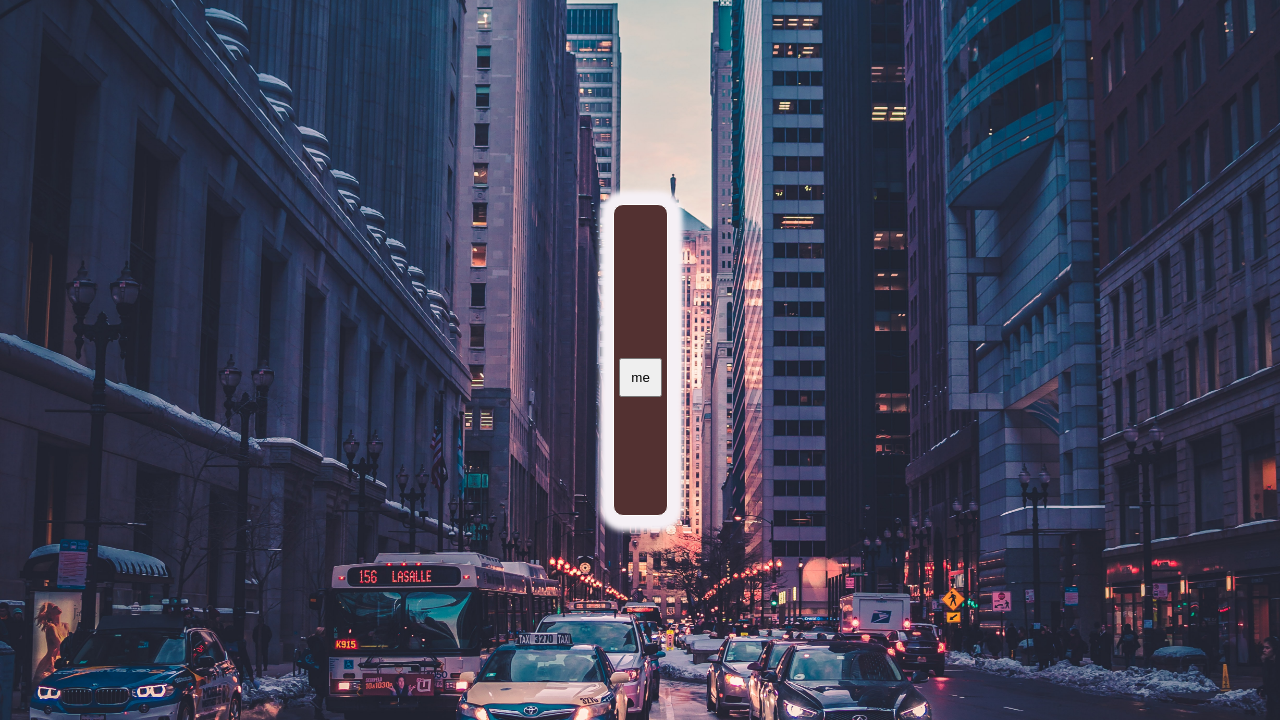
Repository: lamilekan263/random_advice
Page: /
The author's editor kept a copy of each file at every save. The page is drawn from the files as they stood at one save, then again after the next save.
The browser window is 1280 px wide. The pictures show the whole page.
The page's requests for data from a server got no answer. The project was rebuilt for these pictures with package versions that can differ from the ones it lists, and the page was loaded fresh each time. No one was signed in, and anything a server would have sent is missing.

Above is the page before, as saved 2020-08-10 14:52:09.

After the next save:
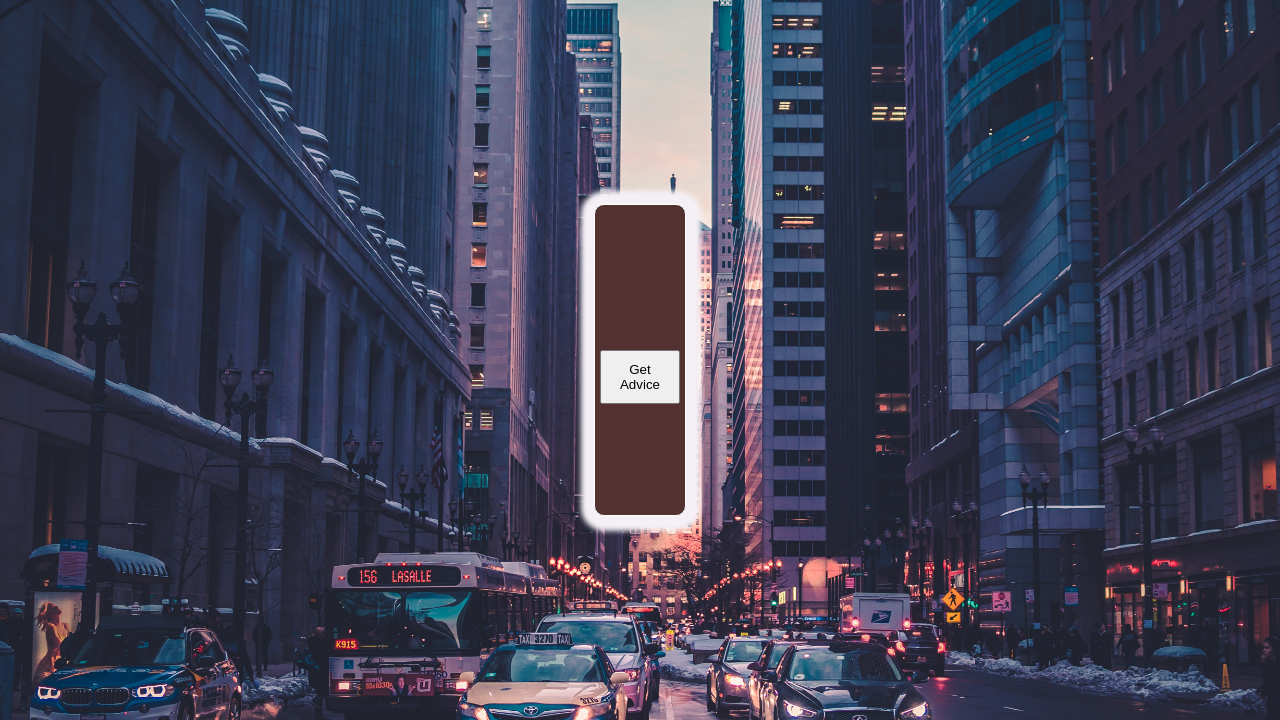
Saved 10 s later.
--- a/src/App.js
+++ b/src/App.js
@@ -27,7 +27,7 @@ class App extends React.Component{
         <div className="card">
           <h1> {this.state.advice}</h1>
 
-          <button onClick = {this.getAdvice}> me</button>
+          <button onClick = {this.getAdvice}>Get Advice </button>
         </div>
       </div>
     )
